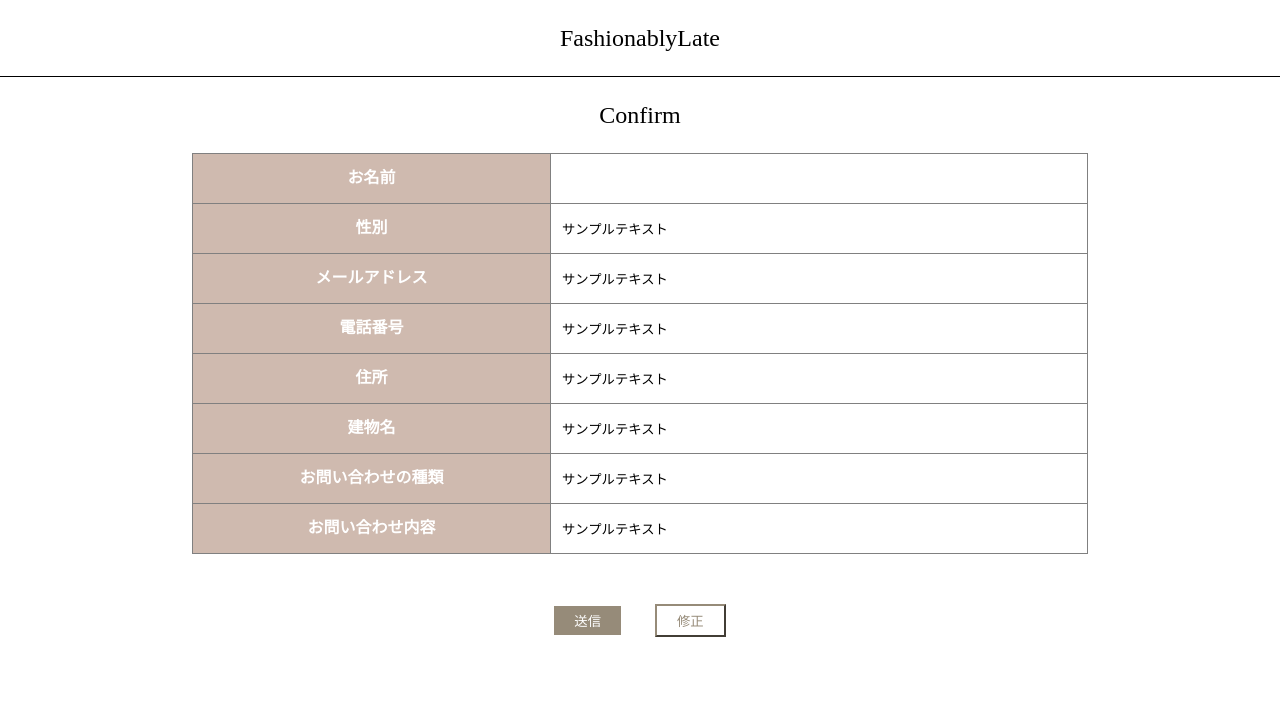
Repository: mayu-ya/test_form
Page: http://localhost/
These files come from the project's save history. The page is drawn as it stood at one moment and after the next save; the edit follows.
The browser window is 1280 px wide. The pictures show the whole page.
The page is served by the project's Laravel application, run on PHP 8.4 with Laravel 8. Other server files are loaded and not shown.

Above is the page before, as saved 2026-01-17 11:44:02.

### src/routes/web.php
<?php

use Illuminate\Support\Facades\Route;
use App\Http\Controllers\ContactController;

/*
|--------------------------------------------------------------------------
| Web Routes
|--------------------------------------------------------------------------
|
| Here is where you can register web routes for your application. These
| routes are loaded by the RouteServiceProvider within a group which
| contains the "web" middleware group. Now create something great!
|
*/

Route::get('/', [ContactController::class, 'index']);

### src/app/Http/Controllers/ContactController.php
<?php

namespace App\Http\Controllers;

use Illuminate\Http\Request;

class ContactController extends Controller
{
    public function index()
    {
        return view('confirm');
    }
}

### src/resources/views/confirm.blade.php
@extends('layouts.app')

@section('css')
<link rel="stylesheet" href="{{ asset('css/confirm.css') }}">
@endsection

@section('content')
<div class="content">
    <div class="title">
        <h2 class="title-h">Confirm</h2>
    </div>

    <form action="" class="form">
        <table class="table" border="1">
            <tr class="table-row">
                <th class="table-title">お名前</th>
                <td class="table-content">
                    <input type="text" class="table-content__input" name="name">
                </td>
            </tr>
            <tr class="table-row">
                <th class="table-title">性別</th>
                <td class="table-content">
                    <input type="text" class="table-content__input" name="name" value="サンプルテキスト">
                </td>
            </tr>
            <tr class="table-row">
                <th class="table-title">メールアドレス</th>
                <td class="table-content">
                    <input type="text" class="table-content__input" name="email" value="サンプルテキスト">
                </td>
            </tr>
            <tr class="table-row">
                <th class="table-title">電話番号</th>
                <td class="table-content">
                    <input type="text" class="table-content__input" name="tel" value="サンプルテキスト">
                </td>
            </tr>
            <tr class="table-row">
                <th class="table-title">住所</th>
                <td class="table-content">
                    <input type="text" class="table-content__input" name="address" value="サンプルテキスト">
                </td>
            </tr>
            <tr class="table-row">
                <th class="table-title">建物名</th>
                <td class="table-content">
                    <input type="text" class="table-content__input" name="building" value="サンプルテキスト">
                </td>
            </tr>
            <tr class="table-row">
                <th class="table-title">お問い合わせの種類</th>
                <td class="table-content">
                    <input type="text" class="table-content__input" name="content" value="サンプルテキスト">
                </td>
            </tr>
            <tr class="table-row">
                <th class="table-title">お問い合わせ内容</th>
                <td class="table-content">
                    <input type="text" class="table-content__input" name="detail" value="サンプルテキスト">
                </td>
            </tr>
        </table>

        <div class="form__button">
            <button class="form__button-submit" type="submit">送信</button>
            <button class="form__button-correct" type="submit">修正</button>
        </div>
    </form>
</div>
@endsection

### src/resources/views/layouts/app.blade.php
<!DOCTYPE html>
<html lang="ja">
<head>
    <meta charset="UTF-8">
    <meta name="viewport" content="width=device-width, initial-scale=1.0">
    <title>FashionablyLate</title>
    <link rel="stylesheet" href="{{ asset('css/common.css') }}">
    <link rel="stylesheet" href="{{ asset('css/sanitize.css') }}">
    @yield('css')
</head>
<body>
    <header class="header">
        <div class="header-title">
            <div class="header-title__item">FashionablyLate</div>
        </div>
        @yield('header')
    </header>

    <main>
        @yield('content')
    </main>
</body>
</html>

### src/public/css/common.css
.header{
    border-bottom: 1px solid #000;
}

.header-title {
    margin: 0 auto;
    padding: 20px 15px;
    max-width: 1230px;
}

.header-title__item {
    font-size: 24px;
    text-align: center;
}

### src/public/css/sanitize.css
/* Document
* ========================================================================== */

/**
* Add border box sizing in all browsers (opinionated).
*/

*,
::before,
::after {
  box-sizing: border-box;
}

/**
* 1. Add text decoration inheritance in all browsers (opinionated).
* 2. Add vertical alignment inheritance in all browsers (opinionated).
*/

::before,
::after {
  vertical-align: inherit;
  /* 2 */
  text-decoration: inherit;
  /* 1 */
}

/**
* 1. Use the default cursor in all browsers (opinionated).
* 2. Change the line height in all browsers (opinionated).
* 3. Use a 4-space tab width in all browsers (opinionated).
* 4. Remove the grey highlight on links in iOS (opinionated).
* 5. Prevent adjustments of font size after orientation changes in
*    IE on Windows Phone and in iOS.
* 6. Breaks words to prevent overflow in all browsers (opinionated).
*/

html {
  word-break: break-word;
  /* 6 */
  -moz-tab-size: 4;
  /* 3 */
  tab-size: 4;
  /* 3 */
  line-height: 1.5;
  /* 2 */
  cursor: default;
  /* 1 */

  -webkit-tap-highlight-color: transparent
    /* 4 */
  ;
  -ms-text-size-adjust: 100%;
  /* 5 */
  -webkit-text-size-adjust: 100%;
  /* 5 */
}

/* Sections
* ========================================================================== */

/**
* Remove the margin in all browsers (opinionated).
*/

body {
  margin: 0;
}

/**
* Correct the font size and margin on `h1` elements within `section` and
* `article` contexts in Chrome, Edge, Firefox, and Safari.
*/

h1 {
  margin: 0.67em 0;
  font-size: 2em;
}

/* Grouping content
* ========================================================================== */

/**
* Remove the margin on nested lists in Chrome, Edge, IE, and Safari.
*/

dl dl,
dl ol,
dl ul,
ol dl,
ul dl {
  margin: 0;
}

/**
* Remove the margin on nested lists in Edge 18- and IE.
*/

ol ol,
ol ul,
ul ol,
ul ul {
  margin: 0;
}

/**
* 1. Add the correct sizing in Firefox.
* 2. Show the overflow in Edge 18- and IE.
*/

hr {
  overflow: visible;
  /* 2 */
  height: 0;
  /* 1 */
}

/**
* Add the correct display in IE.
*/

main {
  display: block;
}

/**
* Remove the list style on navigation lists in all browsers (opinionated).
*/

nav ol,
nav ul {
  padding: 0;
  list-style: none;
}

/**
* 1. Correct the inheritance and scaling of font size in all browsers.
* 2. Correct the odd `em` font sizing in all browsers.
*/

pre {
  font-size: 1em;
  /* 2 */
  font-family: monospace, monospace;
  /* 1 */
}

/* Text-level semantics
* ========================================================================== */

/**
* Remove the gray background on active links in IE 10.
*/

a {
  background-color: transparent;
}

/**
* Add the correct text decoration in Edge 18-, IE, and Safari.
*/

abbr[title] {
  text-decoration: underline;
  text-decoration: underline dotted;
}

/**
* Add the correct font weight in Chrome, Edge, and Safari.
*/

b,
strong {
  font-weight: bolder;
}

/**
* 1. Correct the inheritance and scaling of font size in all browsers.
* 2. Correct the odd `em` font sizing in all browsers.
*/

code,
kbd,
samp {
  font-size: 1em;
  /* 2 */
  font-family: monospace, monospace;
  /* 1 */
}

/**
* Add the correct font size in all browsers.
*/

small {
  font-size: 80%;
}

/* Embedded content
* ========================================================================== */

/*
* Change the alignment on media elements in all browsers (opinionated).
*/

audio,
canvas,
iframe,
img,
svg,
video {
  vertical-align: middle;
}

/**
* Add the correct display in IE 9-.
*/

audio,
video {
  display: inline-block;
}

/**
* Add the correct display in iOS 4-7.
*/

audio:not([controls]) {
  display: none;
  height: 0;
}

/**
* Remove the border on iframes in all browsers (opinionated).
*/

iframe {
  border-style: none;
}

/**
* Remove the border on images within links in IE 10-.
*/

img {
  border-style: none;
}

/**
* Change the fill color to match the text color in all browsers (opinionated).
*/

svg:not([fill]) {
  fill: currentColor;
}

/**
* Hide the overflow in IE.
*/

svg:not(:root) {
  overflow: hidden;
}

/* Tabular data
* ========================================================================== */

/**
* Collapse border spacing in all browsers (opinionated).
*/

table {
  border-collapse: collapse;
}

/* Forms
* ========================================================================== */

/**
* Remove the margin on controls in Safari.
*/

button,
input,
select {
  margin: 0;
}

/**
* 1. Show the overflow in IE.
* 2. Remove the inheritance of text transform in Edge 18-, Firefox, and IE.
*/

button {
  overflow: visible;
  /* 1 */
  text-transform: none;
  /* 2 */
}

/**
* Correct the inability to style buttons in iOS and Safari.
*/

button,
[type="button"],
[type="reset"],
[type="submit"] {
  -webkit-appearance: button;
}

/**
* 1. Change the inconsistent appearance in all browsers (opinionated).
* 2. Correct the padding in Firefox.
*/

fieldset {
  padding: 0.35em 0.75em 0.625em;
  /* 2 */
  border: 1px solid #a0a0a0;
  /* 1 */
}

/**
* Show the overflow in Edge 18- and IE.
*/

input {
  overflow: visible;
}

/**
* 1. Correct the text wrapping in Edge 18- and IE.
* 2. Correct the color inheritance from `fieldset` elements in IE.
*/

legend {
  display: table;
  /* 1 */
  max-width: 100%;
  /* 1 */
  color: inherit;
  /* 2 */
  white-space: normal;
  /* 1 */
}

/**
* 1. Add the correct display in Edge 18- and IE.
* 2. Add the correct vertical alignment in Chrome, Edge, and Firefox.
*/

progress {
  display: inline-block;
  /* 1 */
  vertical-align: baseline;
  /* 2 */
}

/**
* Remove the inheritance of text transform in Firefox.
*/

select {
  text-transform: none;
}

/**
* 1. Remove the margin in Firefox and Safari.
* 2. Remove the default vertical scrollbar in IE.
* 3. Change the resize direction in all browsers (opinionated).
*/

textarea {
  overflow: auto;
  /* 2 */
  margin: 0;
  /* 1 */
  resize: vertical;
  /* 3 */
}

/**
* Remove the padding in IE 10-.
*/

[type="checkbox"],
[type="radio"] {
  padding: 0;
}

/**
* 1. Correct the odd appearance in Chrome, Edge, and Safari.
* 2. Correct the outline style in Safari.
*/

[type="search"] {
  outline-offset: -2px;
  /* 2 */

  -webkit-appearance: textfield;
  /* 1 */
}

/**
* Correct the cursor style of increment and decrement buttons in Safari.
*/

::-webkit-inner-spin-button,
::-webkit-outer-spin-button {
  height: auto;
}

/**
* Correct the text style of placeholders in Chrome, Edge, and Safari.
*/

::-webkit-input-placeholder {
  color: inherit;
  opacity: 0.54;
}

/**
* Remove the inner padding in Chrome, Edge, and Safari on macOS.
*/

::-webkit-search-decoration {
  -webkit-appearance: none;
}

/**
* 1. Correct the inability to style upload buttons in iOS and Safari.
* 2. Change font properties to `inherit` in Safari.
*/

::-webkit-file-upload-button {
  font: inherit;
  /* 2 */

  -webkit-appearance: button;
  /* 1 */
}

/**
* Remove the inner border and padding of focus outlines in Firefox.
*/

::-moz-focus-inner {
  padding: 0;
  border-style: none;
}

/**
* Restore the focus outline styles unset by the previous rule in Firefox.
*/

:-moz-focusring {
  outline: 1px dotted ButtonText;
}

/**
* Remove the additional :invalid styles in Firefox.
*/

:-moz-ui-invalid {
  box-shadow: none;
}

/* Interactive
* ========================================================================== */

/*
* Add the correct display in Edge 18- and IE.
*/

details {
  display: block;
}

/*
* Add the correct styles in Edge 18-, IE, and Safari.
*/

dialog {
  position: absolute;
  right: 0;
  left: 0;
  display: block;
  margin: auto;
  padding: 1em;
  width: -moz-fit-content;
  width: -webkit-fit-content;
  width: fit-content;
  height: -moz-fit-content;
  height: -webkit-fit-content;
  height: fit-content;
  border: solid;
  background-color: white;
  color: black;
}

dialog:not([open]) {
  display: none;
}

/*
* Add the correct display in all browsers.
*/

summary {
  display: list-item;
}

/* Scripting
* ========================================================================== */

/**
* Add the correct display in IE 9-.
*/

canvas {
  display: inline-block;
}

/**
* Add the correct display in IE.
*/

template {
  display: none;
}

/* User interaction
* ========================================================================== */

/*
* 1. Remove the tapping delay in IE 10.
* 2. Remove the tapping delay on clickable elements
in all browsers (opinionated).
*/

a,
area,
button,
input,
label,
select,
summary,
textarea,
[tabindex] {
  -ms-touch-action: manipulation;
  /* 1 */
  touch-action: manipulation;
  /* 2 */
}

/**
* Add the correct display in IE 10-.
*/

[hidden] {
  display: none;
}

/* Accessibility
* ========================================================================== */

/**
* Change the cursor on busy elements in all browsers (opinionated).
*/

[aria-busy="true"] {
  cursor: progress;
}

/*
* Change the cursor on control elements in all browsers (opinionated).
*/

[aria-controls] {
  cursor: pointer;
}

/*
* Change the cursor on disabled, not-editable, or otherwise
* inoperable elements in all browsers (opinionated).
*/

[aria-disabled="true"],
[disabled] {
  cursor: not-allowed;
}

/*
* Change the display on visually hidden accessible elements
* in all browsers (opinionated).
*/

[aria-hidden="false"][hidden] {
  display: initial;
}

[aria-hidden="false"][hidden]:not(:focus) {
  position: absolute;
  clip: rect(0, 0, 0, 0);
}

### src/public/css/confirm.css
.content {
    max-width: 1536px;
}

.title {
    margin: 0 auto;
}

.title-h {
    text-align: center;
    font-weight: lighter;
}

.form {
    width: 70%;
    margin: 0 auto;
    text-align: center;
    margin-bottom: 20px;
}

.table {
    width: 100%;
    margin-bottom: 50px;
}

.table-title {
    color: white;
    background: #cfbaaf;
    width: 40%;
    height: 50px;
}

.table-content {
    text-align: left;
    height: 50px;
}

.table-content__input {
    padding: 10px;
    outline: none;
    border: none;
}

.form__button-submit {
    padding: 5px 20px;
    margin-right: 30px;
    background: #968b79;
    color: white;
    border: none;
    cursor: pointer;
}

.form__button-correct {
    padding: 5px 20px;
    background: white;
    color: #968b79;
    border-color: #968b79;
    cursor: pointer;
}

Loaded but not shown: src/app/Http/Controllers/Controller.php (common file)

After the next save:
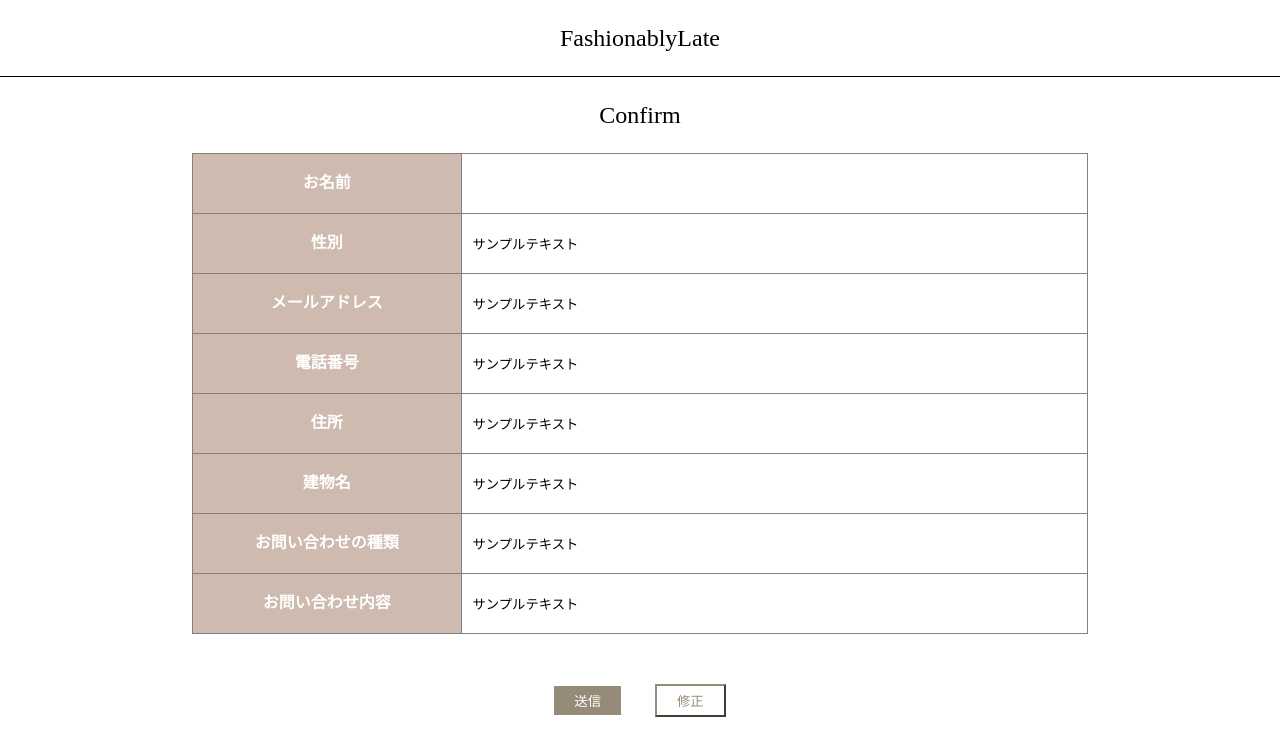
Saved 47 s later.
--- a/src/public/css/confirm.css
+++ b/src/public/css/confirm.css
@@ -26,13 +26,13 @@
 .table-title {
     color: white;
     background: #cfbaaf;
-    width: 40%;
-    height: 50px;
+    width: 30%;
+    height: 60px;
 }
 
 .table-content {
     text-align: left;
-    height: 50px;
+    height: 60px;
 }
 
 .table-content__input {
